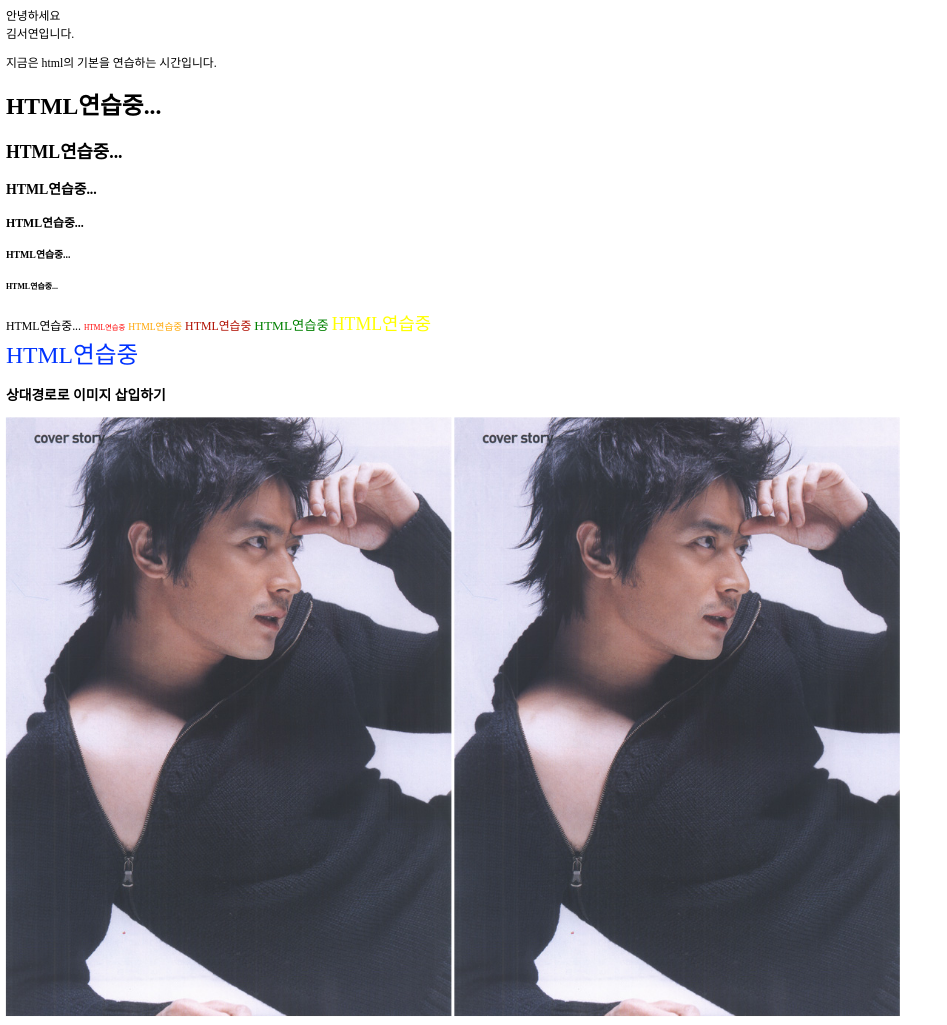
Repository: insunkang/JSP
Page: clientweb/WebContent/html/basic.html
An editor plug-in stored every save of this project. The page is shown before and after the next save, followed by the edit.
The browser window is 1280 px wide. The pictures show the whole page, at 74% of full size.

Above is the page before, as saved 2019-12-31 06:35:35.

### clientweb/WebContent/html/basic.html
<!DOCTYPE html>
<html>
	<head>
		<meta charset="EUC-KR">
		<title>기본 html연습</title>
	</head>
	<body>
		<!-- html의 주석(클라이언트에 전송되는 주석 = 주의 해야함)강인선 -->
		안녕하세요<br/>
		김서연입니다.
		<p>지금은 html의 기본을 연습하는 시간입니다.</p>
		<h1>HTML연습중...</h1>
		<h2>HTML연습중...</h2>
		<h3>HTML연습중...</h3>
		<h4>HTML연습중...</h4>
		<h5>HTML연습중...</h5>
		<h6>HTML연습중...</h6>
		<h7>HTML연습중...</h7>

		<font size='1' color ="red" face ="굴림" >HTML연습중</font>
		<font size='2' color ="orange" face = "HY견고딕">HTML연습중</font>
		<font size='3' color ="brue" face = "궁서">HTML연습중</font>
		<font size='4' color ="green" face = "굴림">HTML연습중</font>
		<font size='5' color ="yellow" face = "굴림">HTML연습중</font><br/>
		<font size='6' color ="#0033ff" face = "HY견고딕">HTML연습중</font>
		<h3>상대경로로 이미지 삽입하기</h3>
		<img src="jang1.jpg"/>
		<img src="../images/jang1.jpg"/>


	</body>
</html>

After the next save:
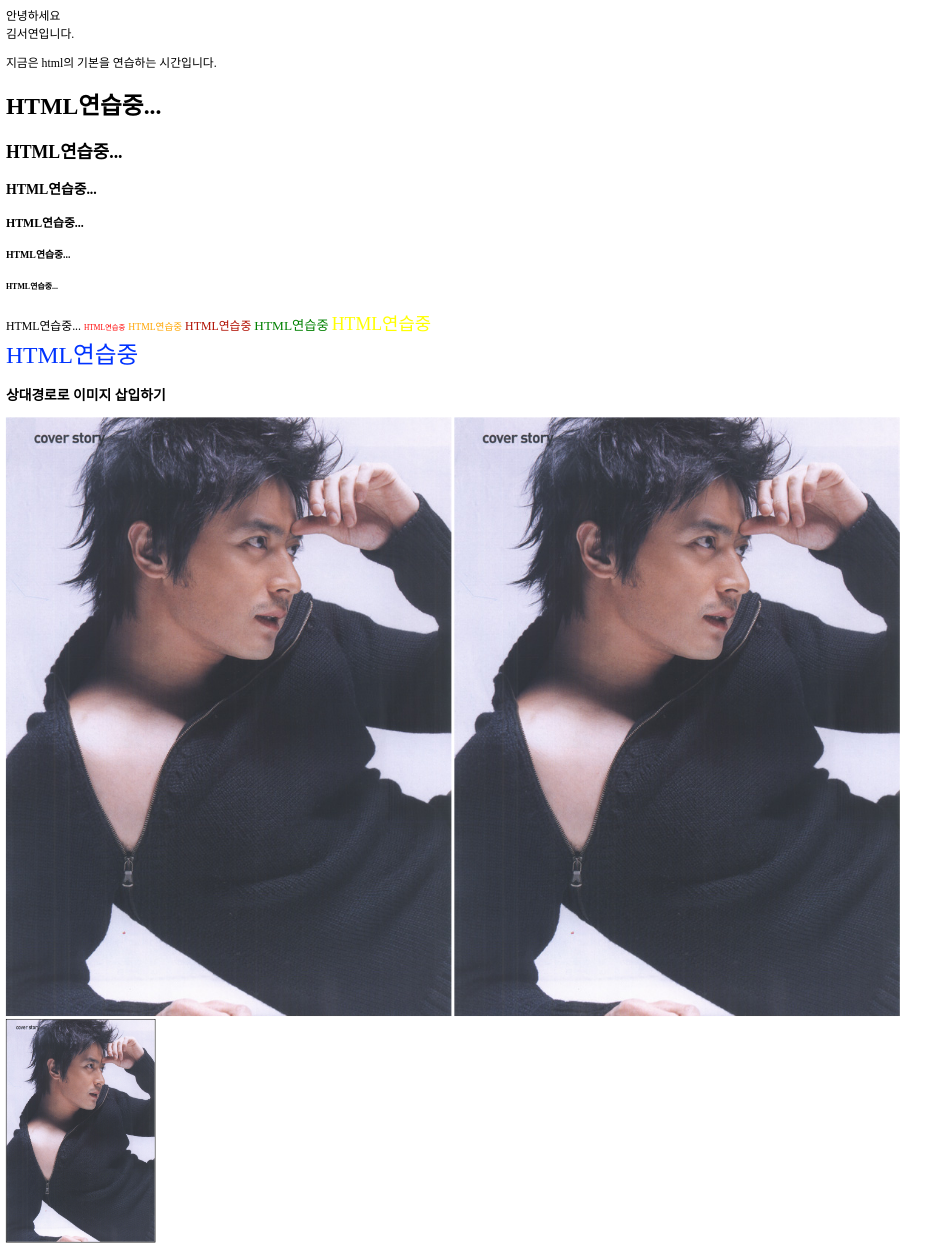
Saved 6 min 37 s later.
--- a/clientweb/WebContent/html/basic.html
+++ b/clientweb/WebContent/html/basic.html
@@ -26,7 +26,7 @@
 		<h3>상대경로로 이미지 삽입하기</h3>
 		<img src="jang1.jpg"/>
 		<img src="../images/jang1.jpg"/>
-
+		<img src="../images/jang1.jpg" width="200" height="300" border="1" alt="멋진 장동건"/>
 
 	</body>
 </html>
